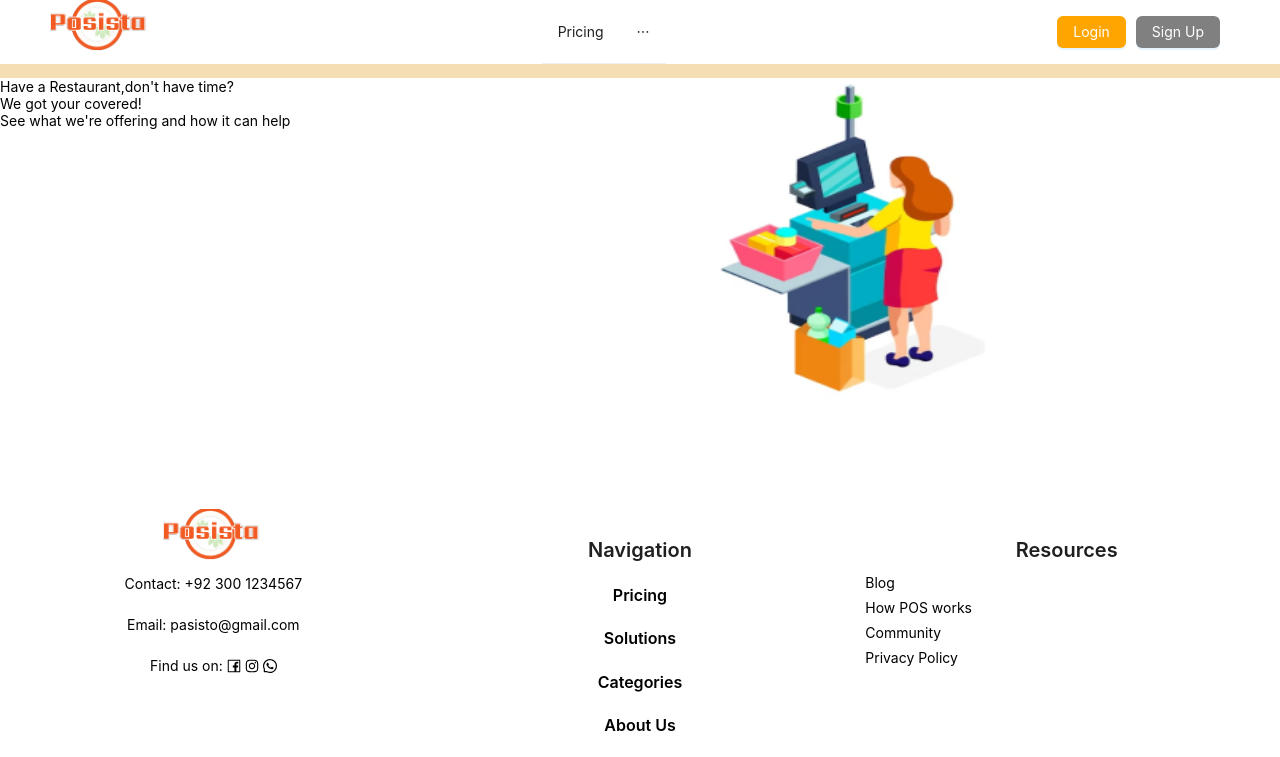
Repository: usmanarshad90/Posista
Page: / (app in test/)
An editor plug-in stored every save of this project. The page is shown before and after the next save, followed by the edit.
The browser window is 1280 px wide. The pictures show the whole page.
The project was rebuilt for these pictures with package versions that can differ from the ones it lists, and the page was loaded fresh each time. Also part of the build but not shown: test/src/components/Pricing/Pricing.jsx, test/src/components/Solution/Solutions.jsx, test/src/components/About/AboutUs.jsx, test/src/components/login/login.jsx, test/src/components/signup/signup.jsx.

Above is the page before, as saved 2023-11-28 15:11:26.

### test/public/index.html
<!DOCTYPE html>
<html lang="en">
  <head>
    <meta charset="utf-8" />
    <link rel="icon" href="%PUBLIC_URL%/favicon.ico" />
    <meta name="viewport" content="width=device-width, initial-scale=1" />
    <meta name="theme-color" content="#000000" />
    <meta
      name="description"
      content="Web site created using create-react-app"
    />
    <link rel="apple-touch-icon" href="%PUBLIC_URL%/logo192.png" />

    <link rel="manifest" href="%PUBLIC_URL%/manifest.json" />

    <title>Posisto</title>
  </head>
  <body>
    <noscript>You need to enable JavaScript to run this app.</noscript>
    <div id="root"></div>



  </body>
</html>

### test/src/index.css
body {
  margin: 0;
  font-family: -apple-system, BlinkMacSystemFont, 'Segoe UI', 'Roboto', 'Oxygen',
    'Ubuntu', 'Cantarell', 'Fira Sans', 'Droid Sans', 'Helvetica Neue',
    sans-serif;
  -webkit-font-smoothing: antialiased;
  -moz-osx-font-smoothing: grayscale;
}

code {
  font-family: source-code-pro, Menlo, Monaco, Consolas, 'Courier New',
    monospace;
}
.background{
  background-image: url("./images/background.jpg")!important;

}



/* .container{
  max-width: 1000px;
  margin: auto;
  width: 100%;
  padding-inline: 1rem;
  padding-block:5rem;

} */

### test/src/App.js
import {BrowserRouter  as Router , Routes , Route} from 'react-router-dom'
import Home from './components/Home/Home';

import Pricing from './components/Pricing/Pricing';
import Solutions from './components/Solution/Solutions';
import AboutUs from './components/About/AboutUs';
import Login from './components/login/login';
import SignUp from './components/signup/signup';


function App() {
  return (
    <Router>
    {/* if i can do it like this all pages come on the header */}

      <Routes>

        {/* if i can do it like this header individually come on the each page*/}

        <Route path="/" element={< Home/>} />
        <Route path="/login" element={<Login/>}/>
        <Route path="/signup" element={<SignUp/>} />

        <Route path="/pricing" element={< Pricing/>} />
        <Route path="/solution" element={< Solutions/>} />
        <Route path="/about" element={<AboutUs/>} />

        </Routes>
        {/* for footer i can call here */}

        </Router>
  );
}

export default App;

### test/src/components/Home/Home.jsx
import React from 'react'
import PageHeader from '../PageHeader/PageHeader'
import HeroSection from '../HeroSection/HeroSection'
import PageFooter from '../Footer/Footer'

const Home = () => {
  return (
    <>
    <PageHeader/>
    <HeroSection/>



    <PageFooter/>

    </>
  )
}

export default Home

### test/src/components/PageHeader/PageHeader.jsx
import React from 'react'
import { Layout, Menu, Button, Row, Col } from 'antd';
import { Link } from 'react-router-dom';
import logoimage from '../../images/posistologo.png'
import {HomeOutlined, UserOutlined,SettingOutlined,} from '@ant-design/icons';

const { Header } = Layout;
const PageHeader = () => {
  return (
    <Row>
      <Col lg={24} xl={24} md={12} xs={4} >
    <Layout className="layout">
    <Header style={{ display: 'flex', justifyContent: 'space-between' ,backgroundColor: 'white' }}>
      <div className="logo" >

      <Link to={'/'}><img src={logoimage} alt="" width="100px"  /></Link>
        </div>
      <Menu  mode="horizontal" style={ {color:'black',backgroundColor: 'transparent'}} >
        <Link to={'/pricing'} ><Menu.Item key="1" >Pricing</Menu.Item></Link>


        <Link to={'/solution'} ><Menu.Item key="2" >Solutions</Menu.Item></Link>

        <Link to={'/about'} ><Menu.Item key="3" >About Us</Menu.Item></Link>
      </Menu>

      <div>

        <Link to="/login"><Button type="primary" style={{ marginRight: '10px', backgroundColor: 'orange' }}>Login</Button>
        </Link>
        <Link to="/signup"><Button type="primary" style={{ marginRight: '10px', backgroundColor: 'grey' }}>Sign Up</Button></Link>
      </div>




    </Header>
  </Layout>
  </Col>
  </Row>
  )
}

export default PageHeader;

### test/src/components/HeroSection/HeroSection.jsx
import React from 'react'
import { Row,Col,Image,Divider} from 'antd';

import image from '../../images/design.png'

const HeroSection = () => {




      const DemoBox = (props) => <p className={`height-${props.value}`}>{props.children}</p>;
  return (
    <>
    <Row  >
      <Col  lg={{ span:24, order: 1 }} md={24} xs={24} xl={24} xxl={24}  style={{background:'wheat'}}>
      <DemoBox value={'100%'}> </DemoBox>
        </Col>

    <Col lg={{ span: 12, order: 2 }} md={8} xs={4} xl={12}>

    <div   >

         Have a Restaurant,don't have time? <br />
         We got your covered! <br/>

         <div   >See what we're offering and how it can help <br />


         </div>
    </div>
    </Col>
    <Col lg={{ span: 12, order: 3 }}md={8} xs={4} xl={12}>
    <Image width={'70%'} preview={false} height={'90%'} src={image} alt="#" />

    </Col>
   </Row>
   </>
  )
}

export default HeroSection

### test/src/components/Footer/Footer.jsx
import React from 'react';
import { Layout, Menu, Row, Col, Typography } from 'antd';
import { Link } from 'react-router-dom';
import logoimage from '../../images/posistologo.png';
import { FacebookOutlined, InstagramOutlined, WhatsAppOutlined } from '@ant-design/icons';

const Footer = () => {
  const columnStyle = {
    padding: '12px',
    textAlign: 'center', // Center text within each column
    color: 'black',
  };

  const textStyle = {
    textAlign: 'left', // Align text to the left inside each column
  };

  return (
    <Row>
      <Col lg={{ span: 8, order: 1 }} md={6} xs={4} xl={8} xxl={8} style={columnStyle}>
        <div className="logo">
          <Link to={'/'}>
            <img src={logoimage} alt="" width="100px" />
          </Link>
        </div >
        <div style={columnStyle}>Contact: +92 300 1234567</div>
        <div style={columnStyle}>Email: pasisto@gmail.com</div>
        <div style={columnStyle}>
          Find us on: <FacebookOutlined />    <InstagramOutlined />    <WhatsAppOutlined />
        </div>
      </Col>

      <Col lg={{ span: 8, order: 1 }} md={6} xs={4} xl={8} xxl={8} style={columnStyle}>
        <Typography.Title level={4}>Navigation </Typography.Title>
        <Typography.Title level={5}>
          <Link to={'/pricing'} style={{ color: 'black' }}>
            Pricing
          </Link>{' '}
        </Typography.Title>
        <Typography.Title level={5}>
          <Link to={'/solution'} style={{ color: 'black' }}>
            Solutions
          </Link>
        </Typography.Title>
        <Typography.Title level={5}>
          <Link to={'/about'} style={{ color: 'black' }}>
            Categories
          </Link>
        </Typography.Title>
        <Typography.Title level={5}>
          <Link to={'/about'} style={{ color: 'black' }}>
            About Us
          </Link>
        </Typography.Title>
      </Col>

      <Col lg={{ span: 8, order: 1 }} md={6} xs={4} xl={8} xxl={8} style={columnStyle}>
        <Typography.Title level={4}>Resources</Typography.Title>
        <div style={{ ...textStyle, marginBottom: '8px' }}>Blog</div>
        <div style={{ ...textStyle, marginBottom: '8px' }}>How POS works</div>
        <div style={{ ...textStyle, marginBottom: '8px' }}>Community</div>
        <div style={textStyle}>Privacy Policy</div>
      </Col>
    </Row>
  );
};

export default Footer;

Loaded but not shown: test/src/index.js (common file)

After the next save:
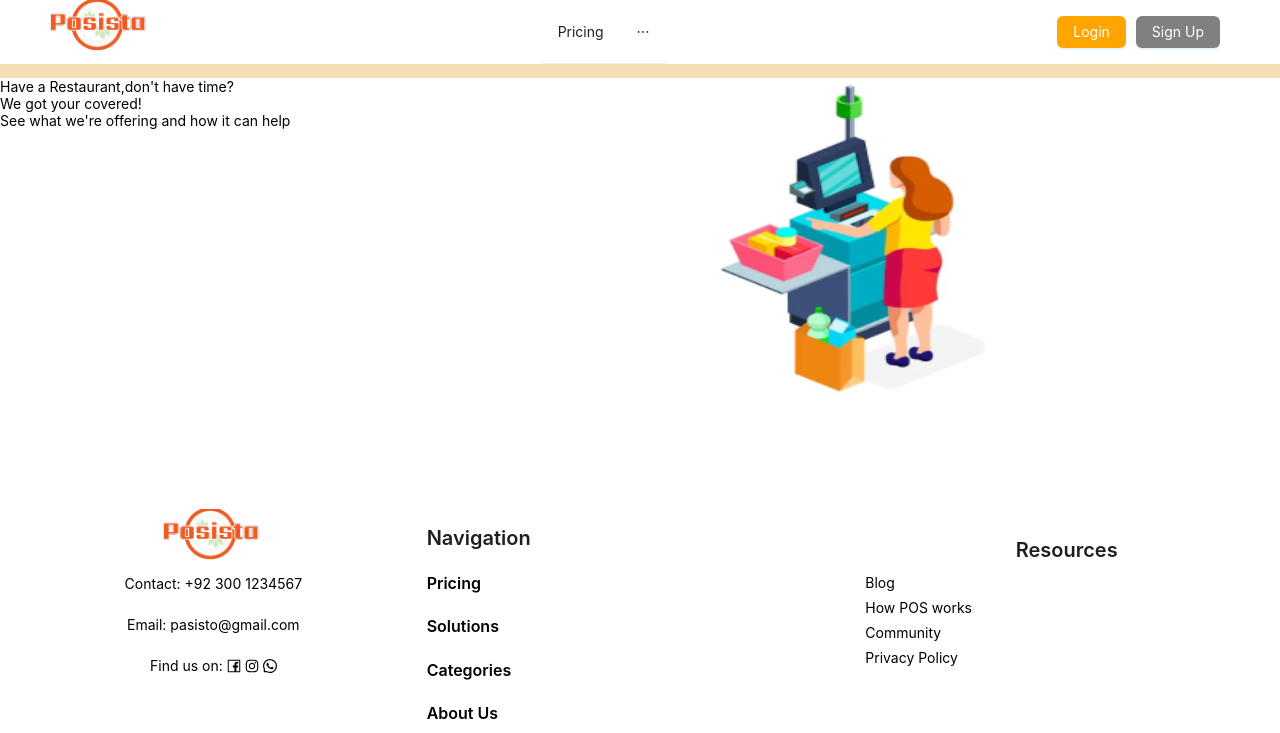
Saved 84 s later.
--- a/test/src/components/Footer/Footer.jsx
+++ b/test/src/components/Footer/Footer.jsx
@@ -30,7 +30,7 @@ const Footer = () => {
         </div>
       </Col>
 
-      <Col lg={{ span: 8, order: 1 }} md={6} xs={4} xl={8} xxl={8} style={columnStyle}>
+      <Col lg={{ span: 8, order: 1 }} md={6} xs={4} xl={8} xxl={8} >
         <Typography.Title level={4}>Navigation </Typography.Title>
         <Typography.Title level={5}>
           <Link to={'/pricing'} style={{ color: 'black' }}>
